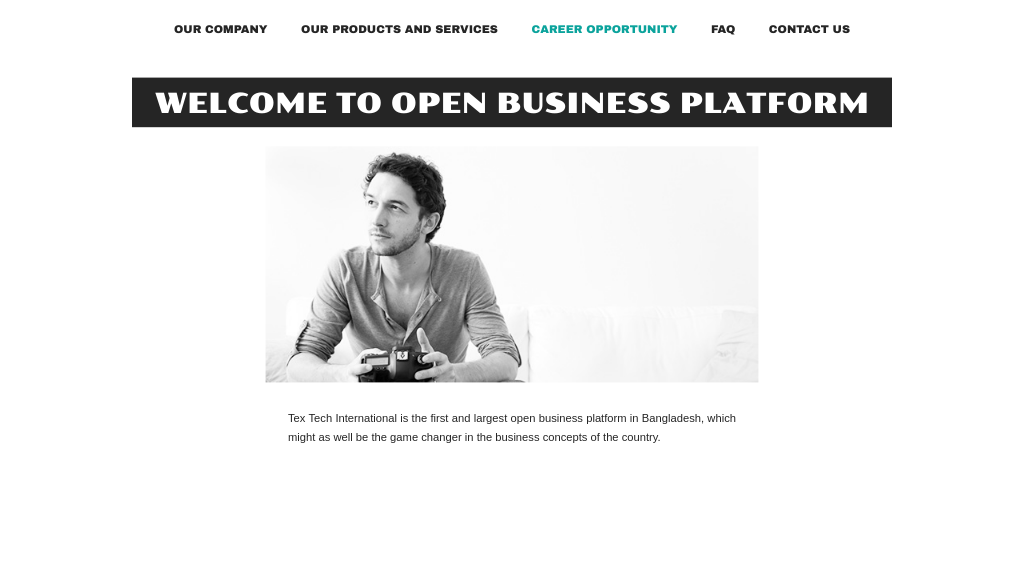
Repository: asifdotpy/textechint
Page: about.html
These files come from the project's save history. The page is drawn as it stood at one moment and after a run of saves; the edit follows.
The browser window is 1280 px wide. The pictures show the whole page, at 80% of full size.

Above is the page before, as saved 2021-02-24 00:47:12.

### about.html
<!doctype html>
<html>
<head>
	<meta charset="UTF-8">
	<meta name="viewport" content="width=device-width, initial-scale=1.0">
	<title>Career Opportunity - Tex Tech International</title>
	<link rel="stylesheet" type="text/css" href="css/style.css">
	<link rel="stylesheet" type="text/css" href="css/mobile.css" media="screen and (max-width : 568px)">
	<script type="text/javascript" src="js/mobile.js"></script>
</head>
<body>
	<div id="header">
		<ul id="navigation">
			<li>
				<a href="index.html">our company</a>
			</li>
			<li>
				<a href="gallery.html">Our Products and services
				</a>
			</li>
			<li class="selected">
				<a href="about.html">career opportunity</a>
			</li>
			<li>
				<a href="blog.html">faq</a>
			</li>
			<li>
				<a href="contact.html">contact us</a>
			</li>
		</ul>
	</div>
	<div id="body">
		<h1><span>Welcome to Open Business Platform</span></h1>
		<div>
			<img src="images/photographer.jpg" alt="">
			<div class="article">
				<!--<h3>Tex Tech International is the first and largest open business platform in Bangladesh</h3>-->
				<p>Tex Tech International is the first and largest open business platform in Bangladesh, which might as well be the game changer in the business concepts of the country. </p>
				<!--<h3>Our goal </h3>
				<p>
					is to create a truly interconnected that’s are involved in Apparels as a part of Marketing, who has potential customers & this platform helps to start businesses and getting many apparels service with zero investment. This platform helps to build supply networks they know and trust, paving the way for transparent and sustainable supply chains. We are constantly looking beyond customers’ and society’s expectations in order to deliver market leading services wherever they are needed. As a leader in providing specialized business solutions that improve quality, safety and productivity and reduce risk & Office cost, we help customers navigate an increasingly regulated world. Our independent services add significant value to our customers’ operations and ensure business sustainability.

				</p>
				<h3>Be Part of Our Community</h3>
				<p>
					As well as delivering services that promote sustainable development, our values also show a commitment to corporate sustainability. For us, sustainability is about managing a long-term profitable business while taking into account all the positive and negative environmental, social and economic effects we have on society. We partner with you to deliver and take care independent (Merchandising, Sourcing, Development, Commercial, Production, Logistics etc.) services that will help you to improve operations, reduce wages cost along with Daily/Monthly cost and develop smart solutions.

				</p>
				<h3>Work area</h3>
				<p>
					Wherever you are in the world, in whatever you are connected in Apparels industry, you can rely on our service to provide specialized solutions to make your business faster and simpler. As you ensure Sales/Export, we take care of the manufacturing, shipping, customer service, and everything else that goes into making sure your customers are happy. Tex Tech International may be the only one among the existing business models that requires absolute zero investment to initiate and guarantees significant recognition and profits in virtually non-existent legwork and absolutely minimal efforts. All you need to do is bring your creativity and help spread the word, we’ll take care of the rest.

				</p>
			</div>
		</div>
	</div>
	<div id="footer">
		<div>
			<p>&copy; Created by Asif and Apu. All rights reserved.</p>
			<ul>
				<li>
					<a href="http://freewebsitetemplates.com/go/twitter/" id="linkedin">lindedin</a>
				</li>
				<li>
					<a href="https://www.facebook.com/textechint" target="_blank" id="facebook">facebook</a>
			</ul>
		</div>
	</div>
</body>
</html>

### css/style.css
@font-face {
	font-family: 'poller_oneregular';
	src: url('../fonts/pollerone/pollerone-webfont.eot');
	src: url('../fonts/pollerone/pollerone-webfont.eot?#iefix') format('embedded-opentype'),
		 url('../fonts/pollerone/pollerone-webfont.woff') format('woff'),
		 url('../fonts/pollerone/pollerone-webfont.ttf') format('truetype'),
		 url('../fonts/pollerone/pollerone-webfont.svg#poller_oneregular') format('svg');
}
@font-face {
	font-family: 'leckerli_oneregular';
	src: url('../fonts/leckerlione/leckerlione-regular-webfont.eot');
	src: url('../fonts/leckerlione/leckerlione-regular-webfont.eot?#iefix') format('embedded-opentype'),
		 url('../fonts/leckerlione/leckerlione-regular-webfont.woff') format('woff'),
		 url('../fonts/leckerlione/leckerlione-regular-webfont.ttf') format('truetype'),
		 url('../fonts/leckerlione/leckerlione-regular-webfont.svg#leckerli_oneregular') format('svg');
}

body {
	background: #fff;
	font-family: Arial, Helvetica, sans-serif;
	font-size: 14px;
	font-weight: normal;
	line-height: 1;
	margin: 0;
	min-width: 960px;
	padding: 0;
}
p {
	color: #252525;
	line-height: 24px;
	margin: 0;
	padding: 0;
}
p a {
	color: #252525;
	text-decoration: underline;
}
p a:hover {
	color: #898989;
}
#header {
	margin: 0 auto;
	padding: 4px 0 50px;
	text-align: center;
	width: 960px;
}
#header a.logo {
	display: block;
	margin: 0 auto;
	padding: 0;
	width: 340px;
}
#header a.logo img {
	border: 0;
	display: block;
	margin: 0;
	padding: 0;
}
#header ul {
	margin: 0;
	padding: 25px 0 0;
}
#header ul li {
	display: inline;
	list-style: none;
	margin: 0;
	padding: 0 19px;
}
#header ul li a {
	color: #252525;
	display: inline-block;
	font-family: "Arial Black", Gadget, sans-serif;
	font-size: 14px;
	font-weight: normal;
	margin: 0;
	padding: 0 0 3px;
	text-decoration: none;
	text-transform: uppercase;
}
#header ul li a:hover, #header ul li.selected a {
	color: #0ba39c;
}
#body {
	margin: 0;
	padding: 0 0 30px;
	text-align: center;
}
#body h1 {
	color: #fff;
	display: inline;
	font-family: poller_oneregular;
	font-size: 35px;
	font-weight: normal;
	margin: 0;
	padding: 0;
	text-transform: uppercase;
}
#body h1 span {
	background: #252525;
	display: inline-block;
	padding: 15px 28px 12px;
}
#body > div {
	margin: 0 auto;
	padding: 0;
	width: 960px;
}
#body > div img {
	border: 0 auto;
	margin: 24px 0 0;
	padding: 0;
}
#body > div .article {
	margin: 0 auto;
	padding: 30px 30px 0;
	width: 560px;
}
#body > div .article h2 {
	font-family: "Arial Black", Gadget, sans-serif;
	font-size: 25px;
	font-weight: normal;
	margin: 0 0 30px;
}
#body > div .article h3 {
	color: #252525;
	line-height: 24px;
	margin: 0;
	padding: 0;
}
#body > div .article h4 {
	background: #252525;
	color: #fff;
	display: inline-block;
	font-family: "Arial Black", Gadget, sans-serif;
	font-size: 25px;
	font-weight: normal;
	margin: 0 0 30px;
	padding: 8px 27px 10px;
}
#body > div .article p {
	margin: 0 0 30px;
	text-align: justify;
}
#body div div ul {
	margin: 0;
	padding: 24px 10px 0;
	width: 940px;
	list-style-type: none;
}
#body div div ul li {
	border: 2px solid #1a1a1a;
	display: block;
	list-style: none;
	margin: 0 0 13px;
	overflow: hidden;
	padding: 0;
}
#body div ul li .figure {
	border-right: 2px solid #1a1a1a;
	float: left;
	margin: 0;
	padding: 0;
	width: 376px;
}
#body div ul li img {
	border: 0;
	display: block;
	margin: 0;
	padding: 0;
	opacity: 0.8;
	transition: 0.5s ease-in-out;
}
#body div ul li .figure:hover img {
	opacity: 1;
}
#body div ul li div {
	float: left;
	margin: 0;
	padding: 63px 0 20px;
	width: 558px;
}
#body div ul li div h3 {
	color: #252525;
	font-family: "Arial Black", Gadget, sans-serif;
	font-size: 25px;
	font-weight: normal;
	margin: 0;
	padding: 0;
	text-transform: uppercase;
}
#body div ul li div p {
	padding: 30px 30px 18px;
}
#body div ul li div a.more {
	background: #000;
	color: #fff;
	display: inline-block;
	font-family: "Arial Black", Gadget, sans-serif;
	font-size: 18px;
	font-weight: normal;
	margin: 0;
	padding: 8px 28px;
	text-decoration: none;
	text-transform: uppercase;
}
#body div ul li div a.more:hover {
	color: #252525;
	background: #fff;
	border: 2px solid #252525;
}
#body #featured {
	margin: 0 0 13px;
	padding: 0;
	position: relative;
	width: 100%;
}
#body #featured img {
	border: 0;
	display: block;
	margin: 0;
	padding: 0;
	width: 100%;
	height: auto;
}
#body #featured div {
	left: 50%;
	margin-left: -480px;
	margin-top: -171px;
	padding: 0 0 0 470px;
	position: absolute;
	top: 50%;
	text-align: left;
	width: 490px;
}
#body #featured div h2 {
	background: #fff;
	color: #000;
	display: inline-block;
	font-family: poller_oneregular;
	font-size: 20px;
	font-weight: normal;
	margin: 0 0 18px;
	padding: 23px 27px 20px;
	text-transform: uppercase;
}
#body #featured div span {
	background: #252525;
	color: #fff;
	display: inline-block;
	font-size: 20px;
	margin: 7px 0;
	padding: 12px 27px;
}
#body #featured div a {
	background: #0ba39c;
	color: #fff;
	display: inline-block;
	font-size: 16px;
	margin: 15px 0 0;
	padding: 26px 27px 22px;
	text-align: center;
	text-decoration: none;
	text-transform: uppercase;
}
#body #featured div a:hover {
	background: #1fc3bc;
}
#body > ul {
	margin: 0 auto;
	overflow: hidden;
	padding: 24px 0 0;
	width: 960px;
}
#body > ul li {
	display: block;
	float: left;
	margin: 0 10px 20px;
	padding: 0;
	width: 300px;
}
#body > ul li a {
	color: #000;
	display: block;
	font-family: poller_oneregular;
	font-size: 20px;
	font-weight: normal;
	margin: 0;
	padding: 0;
	text-align: center;
	text-decoration: none;
	text-transform: uppercase;
}
#body > ul li a img {
	border: 2px solid #1a1a1a;
	display: block;
	margin: 0;
	padding: 0;
	opacity: .8;
	transition: 0.5s ease-in-out;
}
#body > ul li a:hover img {
	opacity: 1;
}
#body > ul li a span {
	display: block;
	margin: 0;
	padding: 33px 0 0;
}
#body form {
	margin: 0 auto;
	padding: 24px 0 0;
	width: 620px;
}
#body form input, #body form textarea {
	border: 2px solid #252525;
	color: #252525;
	font-family: Arial, Helvetica, sans-serif;
	font-size: 15px;
	font-weight: normal;
	margin: 0 0 37px;
	padding: 20px 10px;
	text-align: center;
	text-transform: uppercase;
	width: 596px;
}
#body form textarea {
	height: 175px;
	overflow: auto;
	resize: none;
}
#body form #send {
	background: #252525;
	color: #fff;
	font-family: "Arial Black", Gadget, sans-serif;
	font-size: 15px;
	font-weight: normal;
	display: inline-block;
	padding: 20px 28px;
	width: auto;
}
#body form #send:hover {
	background: #fff;
	color: #252525;
	cursor: pointer;
}
#footer {
	background: #252525;
	margin: 0;
	padding: 36px 0 42px;
}
#footer div {
	margin: 0 auto;
	overflow: hidden;
	padding: 0;
	width: 960px;
}
#footer div p {
	color: #fff;
	float: left;
	line-height: 44px;
	margin: 0 0 0 10px;
	padding: 0;
}
#footer div ul {
	display: block;
	float: right;
	margin: 0;
	overflow: hidden;
	padding: 0;
	width: 256px;
}
#footer div ul li {
	display: block;
	float: left;
	list-style: none;
	margin: 0 10px;
	padding: 0;
	width: 44px;
}
#footer div ul li a {
	background: url(../images/icons.jpg) no-repeat 0 0;
	display: block;
	height: 44px;
	margin: 0;
	padding: 0;
	text-indent: -99999px;
	width: 44px;
}
#footer div ul li #linkedin {
	background-position: 0 0;
}
#footer div ul li #linkedin:hover {
	background-position: -44px 0;
}
#footer div ul li #facebook {
	background-position: 0 -44px;
}
#footer div ul li #facebook:hover {
	background-position: -44px -44px;
}

div .intro h1 {
	margin: 0px 50px;
	padding: 0px 50px;
	background-color: #0ba39c;
	text-decoration: #1a1a1a;
}

div .intro p {
	margin: 10px;
	padding: 10px;
	font-size: 16px;
}

div .main {
	font-size: 15px;
}



.post-container {
    margin: 20px 20px 0 0;
    border: 5px solid #333;
    overflow: auto
}
.post-thumb {
    float: left;
}
.post-thumb img {
    display: block;
}
.post-content {
    margin-left: 210px
}
.post-title {
    font-weight: bold;
    font-size: 200%
}

div .main {
	text-align: justify;
}

div .article

### js/mobile.js
window.onload = function(){
	var getNavi = document.getElementById('navigation');

	var mobile = document.createElement("span");
	mobile.setAttribute("id","mobile-navigation");
	getNavi.parentNode.insertBefore(mobile,getNavi);

	document.getElementById('mobile-navigation').onclick = function(){
		var a = getNavi.getAttribute('style');
		if(a){
			getNavi.removeAttribute('style');
			document.getElementById('mobile-navigation').style.backgroundImage='url(images/mobile-menu.png)';
		} else {
			getNavi.style.display='block';
			document.getElementById('mobile-navigation').style.backgroundImage='url(images/mobile-close.png)';
		}
	};
	var getElm = getNavi.getElementsByTagName("LI");
	for(var i=0;i<getElm.length;i++){
		if(getElm[i].children.length>1){
			var smenu = document.createElement("span");
			smenu.setAttribute("class","mobile-submenu");
			smenu.setAttribute("OnClick","submenu("+i+")");
			getElm[i].appendChild(smenu);
		};
	};
	submenu = function (i){
		var sub = getElm[i].children[1];
		var b = sub.getAttribute('style');
		if(b){
			sub.removeAttribute('style');
			getElm[i].lastChild.style.backgroundImage='url(images/mobile-expand.png)';
			getElm[i].lastChild.style.backgroundColor='rgba(11, 163, 156, 0.7)';
		} else {
			sub.style.display='block';
			getElm[i].lastChild.style.backgroundImage='url(images/mobile-collapse.png)';
			getElm[i].lastChild.style.backgroundColor='rgba(0,0,0,0.8)';
		}
	};
};

### css/mobile.css
body {
	min-width: 0;
}
#header {
	padding: 20px 0;
	position: relative;
	width: 100%;
}
#header a.logo {
	width: 80%;
}
#header a.logo img {
	width: 100%;
}
#mobile-navigation {
	background: url(../images/mobile-menu.png) no-repeat 0 0;
	display: block;
	height: 50px;
	margin: 30px auto 0;
	padding: 0;
	width: 50px;
}
#header ul {
	border: 1px solid #fff;
	display: none;
	left: 50%;
	margin-left: -45%;
	padding: 0;
	position: absolute;
	width: 90%;
	z-index: 1001;
}
#header ul li {
	border-top: 1px solid #fff;
	display: block;
	margin: 0;
	padding: 0;
	position: relative;
}
#header > ul > li:first-child {
	border: 0;
}
#header ul li a {
	background: rgba(11, 163, 156, 0.9);
	color: #fff;
	display: block;
	font-family: Arial, Helvetica, sans-serif;
	font-size: 16px;
	font-weight: normal;
	height: 49px;
	line-height: 49px;
	padding: 0 15px;
	text-align: left;
}
#header ul li a:hover, #header ul li.selected a {
	background: rgba(0, 0, 0, 0.9);
	color: #fff;
}
#header ul ul {
	display: none;
	border: 0;
	height: auto;
	left: 0;
	margin: 0;
	position: relative;
	width: 100%;
}
#header ul ul li a {
	text-indent: 15px;
}
#header ul li span {
	background: rgba(11, 163, 156, 0.9) url(../images/mobile-expand.png) no-repeat 0 0;
	border-left: 1px solid #fff;
	display: block;
	height: 49px;
	position: absolute;
	right: 0;
	top: 0;
	width: 50px;
}
#body {
	width: 100%;
}
#body h1 {
	display: block;
	font-size: 20px;
	margin: 0 auto;
	width: 90%;
}
#body h1 span {
	display: block;
	padding: 3%;
	width: 94%;
}
#body > div {
	padding: 0 5%;
	width: 90%;
}
#body > div img {
	margin: 24px 0 30px;
	width: 98%
}
#body > div .article {
	padding: 0;
	width: 100%;
}
#body > div .article h2, #body > div .article h4 {
	font-size: 18px;
	font-weight: bold;
}
#body #featured {
	overflow: hidden;
	margin: 0 0 20px
}
#body #featured img {
	min-width: 960px;
}
#body #featured div {
	left: 0;
	margin: 0;
	padding: 0 2%;
	position: absolute;
	top: 0;
	text-align: left;
	width: 96%;
}
#body #featured div h2 {
	font-size: 14px;
	font-weight: normal;
	margin: 50px 0 10px;
	padding: 8px 5px;
}
#body #featured div span {
	display: block;
	font-size: 14px;
	margin: 10px 0;
	padding: 10px;
}
#body #featured div a {
	font-size: 14px;
	margin: 5px 0 0;
	padding: 10px;
}
#body > ul {
	overflow: visible;
	padding: 0 5%;
	width: 90%;
}
#body ul.gallery {
	padding: 5% 0;
	overflow: hidden;
	width: 100%;
}
#body > ul li {
	float: none;
	margin: 0;
	width: 100%;
}
#body ul.gallery li {
	float: left;
	margin: 0 0 5% 5%;
	width: 42%;
}
#body > ul li a img {
	width: 98%;
}
#body > ul li a span {
	padding: 15px 0;
}
#body div ul {
	margin: 0;
	padding: 20px 0 0;
	width: 100%;
}
#body div ul li {
	overflow: visible;
	padding: 0 0 20px;
	width: 99%;
}
#body div ul li .figure {
	border: 0;
	display: block;
	float: none;
	margin: 0 0 20px;
	width: 100%;
}
#body div ul li .figure img {
	width: 100%;
}
#body div ul li div {
	float: none;
	padding: 0;
	width: 100%;
}
#body div ul li div a.more:hover {
	height: 14px;
	line-height: 14px;
}
#body form {
	width: 100%;
}
#body form input, #body form textarea {
	margin: 0 0 20px;
	padding: 10px;
	width: 84%;
}
#body form #send {
	padding: 10px;
}
#footer {
	padding: 10px 0 25px;
}
#footer div {
	overflow: visible;
	width: 100%;
}
#footer div p {
	float: none;
	margin: 0;
	text-align: center;
}
#footer div ul {
	float: none;
	margin: 0 auto;
	width: 256px;
}

After the next 2 saves:
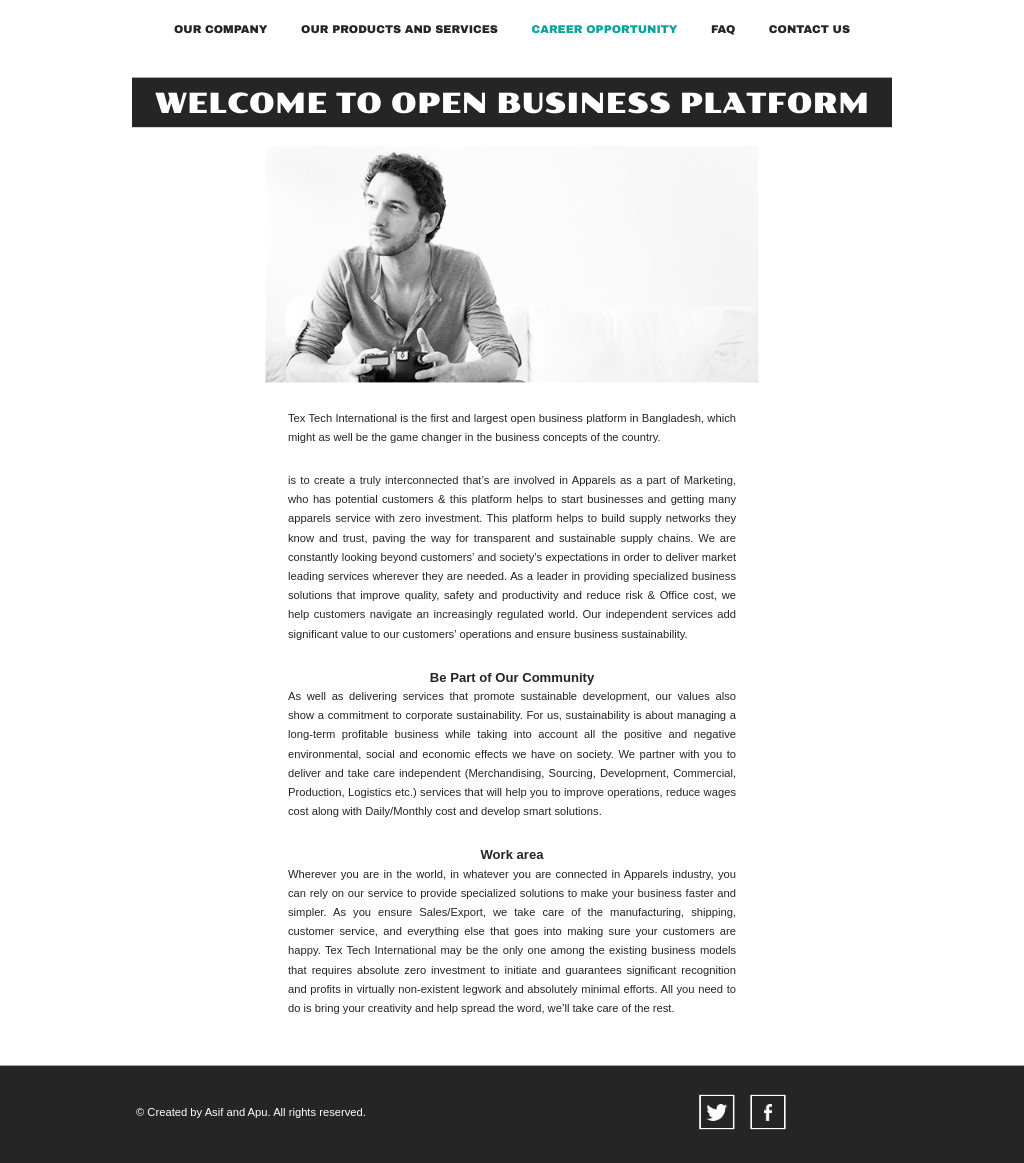
The 2 saves are shown as one change because they came seconds apart.
The last was saved 5 s later.
--- a/about.html
+++ b/about.html
@@ -36,7 +36,7 @@
 			<div class="article">
 				<!--<h3>Tex Tech International is the first and largest open business platform in Bangladesh</h3>-->
 				<p>Tex Tech International is the first and largest open business platform in Bangladesh, which might as well be the game changer in the business concepts of the country. </p>
-				<!--<h3>Our goal </h3>
+				<!--<h3>Our goal </h3>-->
 				<p>
 					is to create a truly interconnected that’s are involved in Apparels as a part of Marketing, who has potential customers & this platform helps to start businesses and getting many apparels service with zero investment. This platform helps to build supply networks they know and trust, paving the way for transparent and sustainable supply chains. We are constantly looking beyond customers’ and society’s expectations in order to deliver market leading services wherever they are needed. As a leader in providing specialized business solutions that improve quality, safety and productivity and reduce risk & Office cost, we help customers navigate an increasingly regulated world. Our independent services add significant value to our customers’ operations and ensure business sustainability.
 
